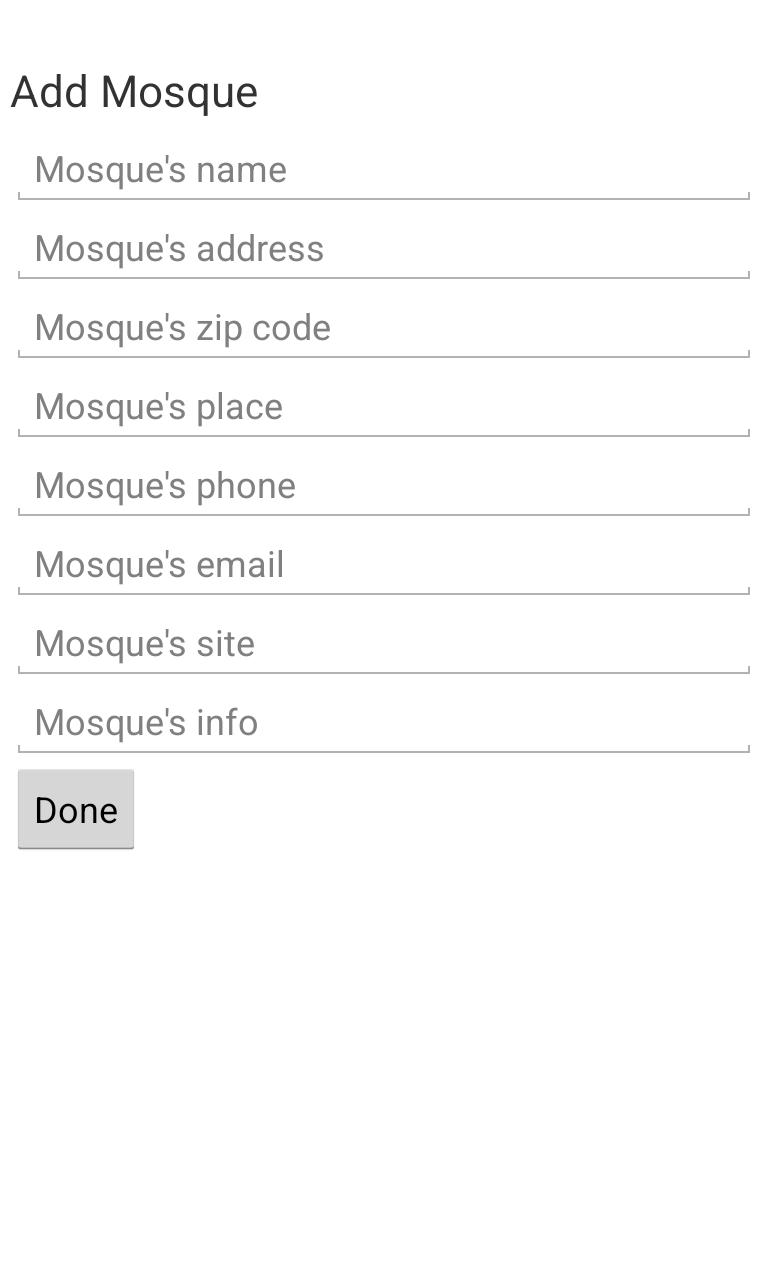
Repository: Osamah/Afstudeerwerk
Layout: NativeApp/SecondPillar/res/layout/activity_addmosque.xml
These files come from the project's save history. The layout is drawn as it stood at one moment and after the next save; the edit follows.
It is drawn on a 768 x 1280 px phone screen (xhdpi) without system bars, with theme AppTheme; the app's code is not run.

Above is the layout before, as saved 2013-01-05 21:17:26.

### NativeApp/SecondPillar/res/layout/activity_addmosque.xml
<?xml version="1.0" encoding="utf-8"?>

<!-- ScrollView to scroll vertical down the page -->
<ScrollView
    xmlns:android="http://schemas.android.com/apk/res/android"
    android:id="@+id/ScrollView01"
    android:layout_width="fill_parent"
    android:layout_height="wrap_content"
    android:scrollbars="vertical">

    <LinearLayout
        android:layout_width="fill_parent"
        android:layout_height="wrap_content"
        android:orientation="vertical"
        android:layout_margin="5dp">

		<TextView
		    android:id="@+id/lblAddMosque"
		    android:layout_width="wrap_content"
		    android:layout_height="wrap_content"
		    android:text="@string/lblAddMosque"
		    android:textSize="10pt"
		    android:paddingBottom="5dp"
		    android:paddingTop="25dp">
		</TextView>

        <EditText
            android:id="@+id/txtMosqueName"
            android:layout_width="fill_parent"
            android:layout_height="wrap_content"
            android:hint="@string/txtMosqueName"
            android:inputType="textCapWords" >

		</EditText>

        <EditText
		    android:id="@+id/txtMosqueAddress"
		    android:layout_height="wrap_content"
		    android:hint="@string/txtMosqueAddress"
		    android:inputType="textPostalAddress"
		    android:layout_width="fill_parent">
		</EditText>

        <EditText
            android:id="@+id/txtMosqueZipCode"
            android:layout_width="fill_parent"
            android:layout_height="wrap_content"
            android:hint="@string/txtMosqueZipCode"
            android:inputType="number" >
		</EditText>

        <EditText
            android:id="@+id/txtMosquePlace"
            android:layout_width="fill_parent"
            android:layout_height="wrap_content"
            android:hint="@string/txtMosquePlace"
            android:inputType="textPostalAddress" >
		</EditText>

        <EditText
            android:id="@+id/txtMosquePhone"
            android:layout_width="fill_parent"
            android:layout_height="wrap_content"
            android:hint="@string/txtMosquePhone"
            android:inputType="phone" >
		</EditText>

        <EditText
            android:id="@+id/txtMosqueMail"
            android:layout_width="fill_parent"
            android:layout_height="wrap_content"
            android:hint="@string/txtMosqueMail"
            android:inputType="textEmailAddress" >
		</EditText>

        <EditText
            android:id="@+id/txtMosqueSite"
            android:layout_width="fill_parent"
            android:layout_height="wrap_content"
            android:hint="@string/txtMosqueSite"
            android:inputType="textUri" >
		</EditText>

        <EditText
            android:id="@+id/txtMosqueInfo"
            android:layout_width="fill_parent"
            android:layout_height="wrap_content"
            android:hint="@string/txtMosqueInfo"
            android:inputType="textMultiLine" >
		</EditText>

        <Button
            android:id="@+id/btnAddMosque"
            android:layout_width="wrap_content"
            android:layout_height="wrap_content"
            android:text="@string/btnAddMosque"

            />


    </LinearLayout>
</ScrollView>

### NativeApp/SecondPillar/res/values/strings.xml
<?xml version="1.0" encoding="utf-8"?>
<resources>

    <string name="app_name">Second Pillar</string>

    <!-- Menu -->
    <string name="menu_search">Search</string>


    <!-- Option Menu -->
	<string name="option_settings">Settings</string>
	<string name="option_about">About</string>


	<!-- Settings -->
	<string name="notifications">Notifications</string>

	<string name="prayingWhere">Where to pray?</string>
	<string name="prayHome">Home</string>
	<string name="prayMosque">Mosque</string>

	<string name="NotificationsPraying">When to pray?</string>
	<string name="inAdvance">In advance</string>
	<string name="onTime">On time</string>


	<!-- About -->
	<string name="about">If you have any questions just call me maybe</string>


    <!-- Prayer -->
    <string name="headerCol1">Prayer</string>
    <string name="headerCol2">Time</string>
    <string name="headerCol3">L</string>

    <string name="prayer1">Fajr</string>
    <string name="prayer2">Dhor</string>
    <string name="prayer3">Asr</string>
    <string name="prayer4">Magreb</string>
    <string name="prayer5">Isha</string>

    <string name="prayerTime1">5h25</string>
    <string name="prayerTime2">12h30</string>
    <string name="prayerTime3">15h37</string>
    <string name="prayerTime4">18h48</string>
    <string name="prayerTime5">21h00</string>


    <!-- Favorite -->


    <!-- Add Mosque -->
    <string name="lblAddMosque">Add Mosque</string>
    <string name="txtMosqueName">Mosque\'s name</string>
    <string name="txtMosqueAddress">Mosque\'s address</string>
    <string name="txtMosqueZipCode">Mosque\'s zip code</string>
    <string name="txtMosquePlace">Mosque\'s place</string>
  	<string name="txtMosquePhone">Mosque\'s phone</string>
  	<string name="txtMosqueMail">Mosque\'s email</string>
    <string name="txtMosqueSite">Mosque\'s site</string>
    <string name="txtMosqueInfo">Mosque\'s info</string>
    <string name="btnAddMosque">Done</string>

    <!-- Search Mosque -->
    <string name="searchAddress">Address</string>


</resources>

Loaded but not shown: NativeApp/SecondPillar/res/values/styles.xml (common file); NativeApp/SecondPillar/res/values-v11/styles.xml (common file); NativeApp/SecondPillar/res/values-v14/styles.xml (common file)

After the next save:
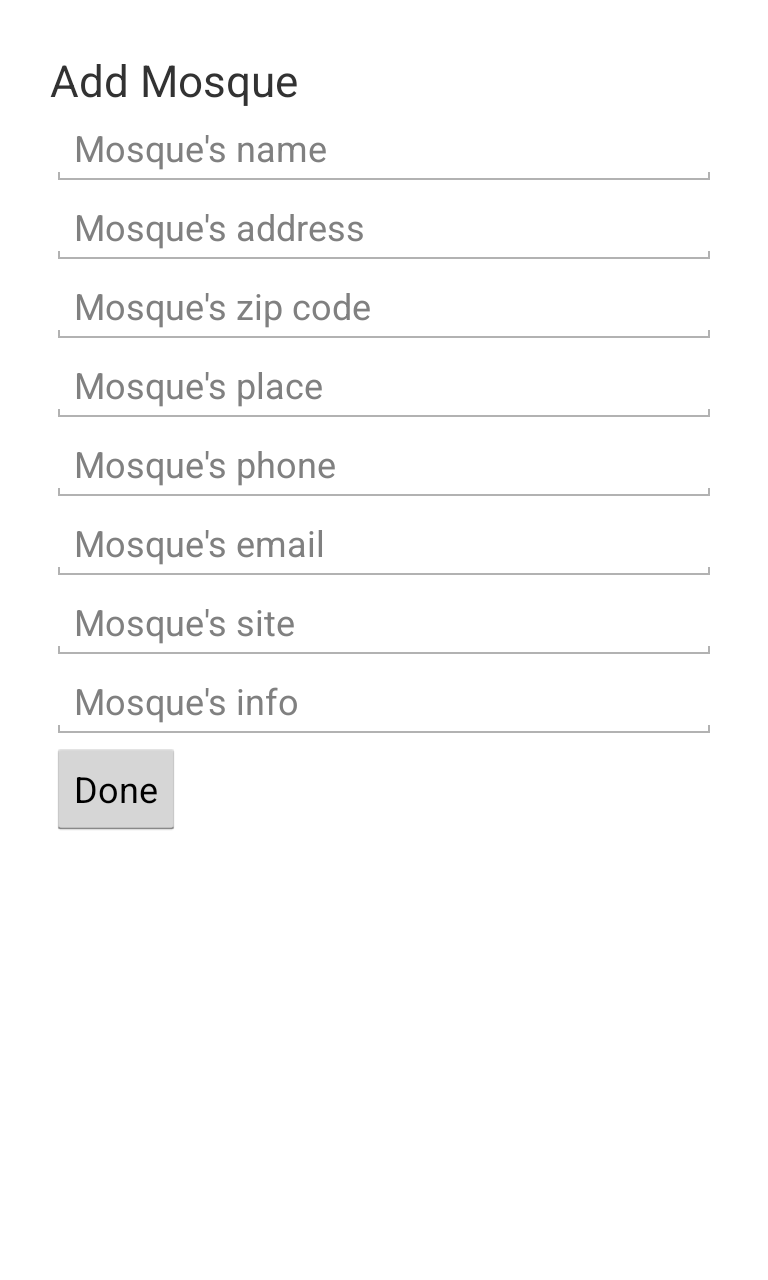
Saved 55 s later.
--- a/NativeApp/SecondPillar/res/layout/activity_addmosque.xml
+++ b/NativeApp/SecondPillar/res/layout/activity_addmosque.xml
@@ -12,7 +12,7 @@
         android:layout_width="fill_parent"
         android:layout_height="wrap_content"
         android:orientation="vertical"
-        android:layout_margin="5dp">
+        android:layout_margin="25dp">
 
 		<TextView
 		    android:id="@+id/lblAddMosque"
@@ -20,8 +20,7 @@
 		    android:layout_height="wrap_content"
 		    android:text="@string/lblAddMosque"
 		    android:textSize="10pt"
-		    android:paddingBottom="5dp"
-		    android:paddingTop="25dp">
+		   >
 		</TextView>
 
         <EditText
